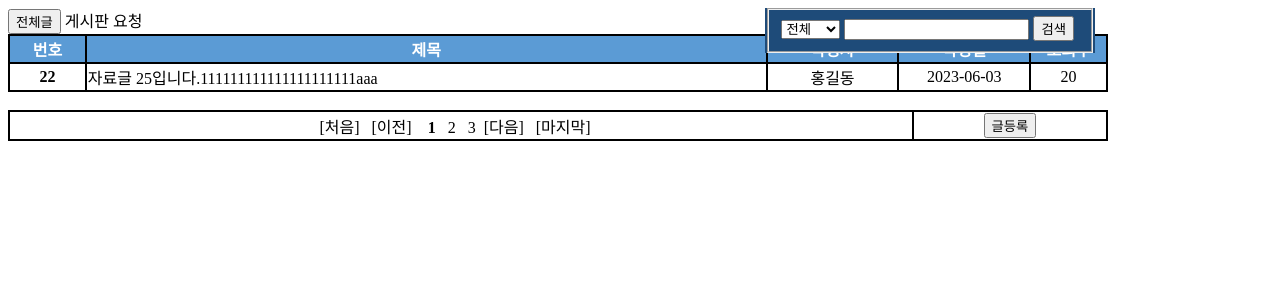
Repository: LJzero-dev/java-study
Page: http://localhost/ktbwos/bbs/request_list.jsp
These files come from the project's save history. The page is drawn as it stood at one moment and after the next save; the edit follows.
The browser window is 1280 px wide. The pictures show the whole page.
The page is served by Tomcat 9.

Above is the page before, as saved 2023-06-11 05:24:38.

After the next save:
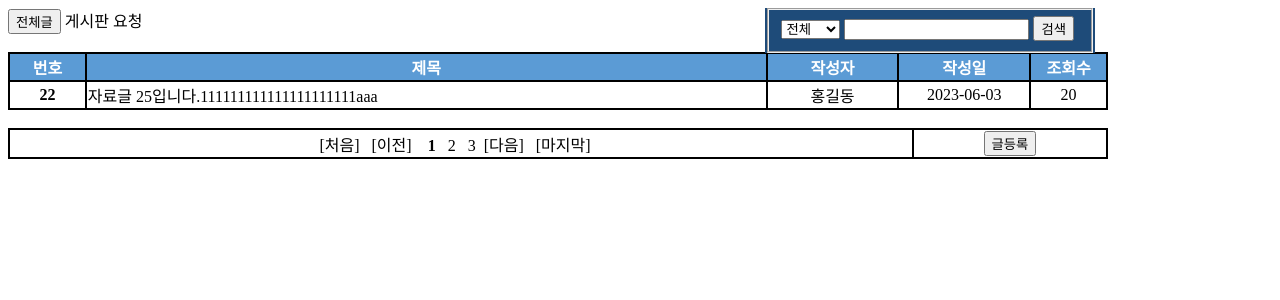
Saved 8 s later.
--- a/web/ktbwos/WebContent/bbs/request_list.jsp
+++ b/web/ktbwos/WebContent/bbs/request_list.jsp
@@ -35,6 +35,7 @@ int cpage = 1, psize = 3, bsize = 3, rcnt = 10, pcnt = 10, schargs = 10;	// 페
 		<input type="submit" value="검색" />
 </fieldset>
 </form>
+<br /><br />
 	<table width="1100">
 		<tr>
 			<th width="7%">번호</th><th width="*">제목</th><th width="12%">작성자</th><th width="12%">작성일</th><th width="7%">조회수</th>
